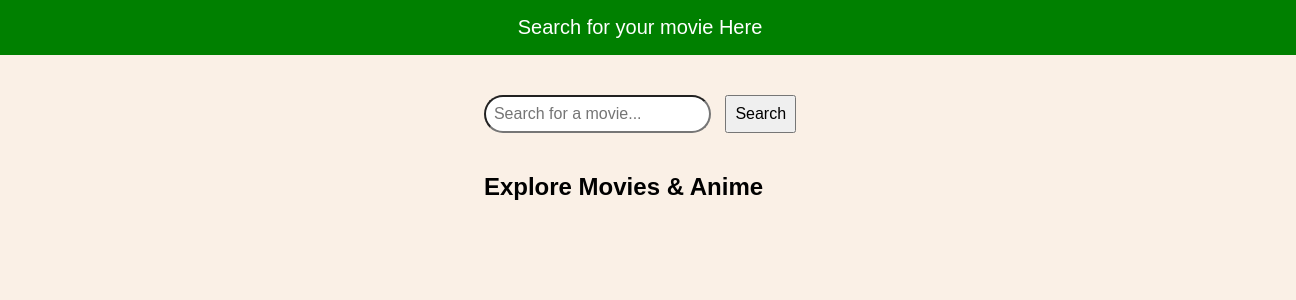
Repository: Femi007-gh/movie-API
Page: index.html
An editor plug-in stored every save of this project. The page is shown before and after a run of saves, followed by the edit.
The browser window is 1280 px wide. The page is 1296 px wide, then 1280 px, so the pictures cover 1296 px, including what lies to the right of the window. The pictures show the whole page.
The page's requests for data from a server got no answer.

Above is the page before, as saved 2025-05-09 08:44:42.

After the next 2 saves:
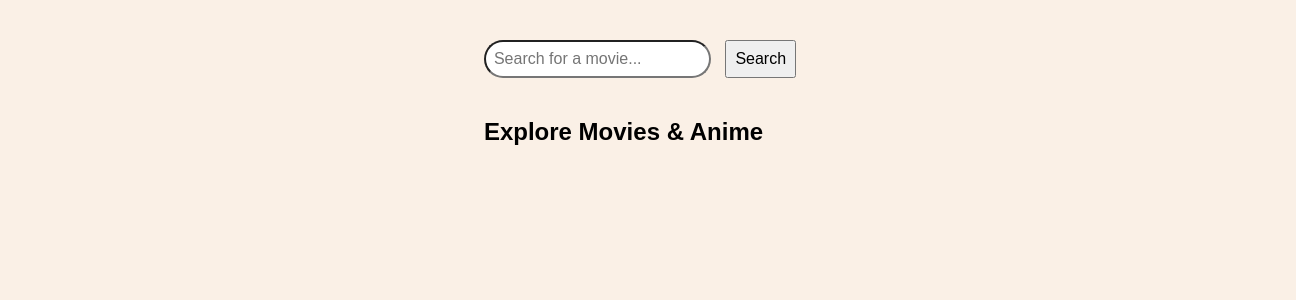
The 2 saves are shown as one change because they came seconds apart.
The last was saved 7 min 58 s later.
--- a/index.html
+++ b/index.html
@@ -4,15 +4,16 @@
     <link rel="stylesheet" href="style.css">
   </head>
   <body>
-    <header>Search for your movie Here</header>
-    <main>
-      <input type="text" id="searchInput" placeholder="Search for a movie...">
-      <button>Search</button>
+ <main>
+  <div class="search-bar">
+    <input type="text" id="searchInput" placeholder="Search for a movie...">
+    <button>Search</button>
+  </div>
 
-      <div id="SearchResult"></div> <!-- Where searched result shows -->
-      <h2 style="margin-top: 40px;">Explore Movies & Anime</h2>
-      <div id="MoviesGrid" class="grid-container"></div> <!-- Posters go here -->
-    </main>
+  <div id="SearchResult"></div>
+  <h2 style="margin-top: 40px;">Explore Movies & Anime</h2>
+  <div id="MoviesGrid" class="grid-container"></div>
+</main>
     <script src="script.js"></script>
   </body>
 </html>
